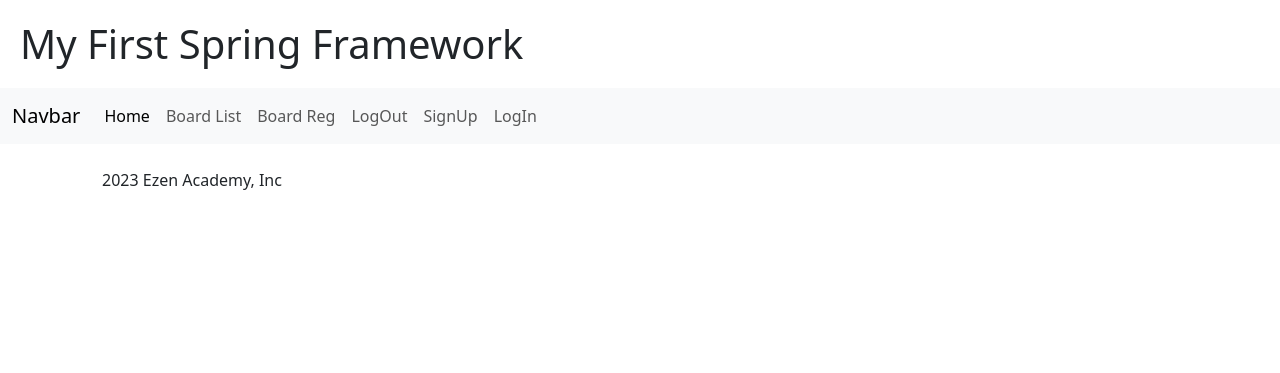
Repository: dhalfks/240115SpringProject
Page: http://localhost/spring_test2/WEB-INF/views/member/register.jsp
An editor plug-in stored every save of this project. The page is shown before and after the next save, followed by the edit.
The browser window is 1280 px wide. The pictures show the whole page.
The page is served by Tomcat 9. Nobody is signed in. Other server files are loaded and not shown. The template is opened directly, without the code that normally fills it, so the values that code supplies are empty.

Above is the page before, as saved 2024-01-12 05:46:08.

### spring_test2/src/main/webapp/WEB-INF/views/member/register.jsp
<%@ page language="java" contentType="text/html; charset=UTF-8"
    pageEncoding="UTF-8"%>
<%@ taglib prefix="c" uri="http://java.sun.com/jsp/jstl/core" %>

<jsp:include page="../layout/header.jsp" />
<jsp:include page="../layout/nav.jsp" />

	<!-- email, pwd, nick_name -->
<div class="container my-3">
</div>
<jsp:include page="../layout/footer.jsp" />

### spring_test2/src/main/webapp/WEB-INF/views/layout/header.jsp
<%@ page language="java" contentType="text/html; charset=UTF-8"
    pageEncoding="UTF-8"%>
    <%@ taglib uri="http://java.sun.com/jsp/jstl/core" prefix="c"%>
<!DOCTYPE html>
<html>
<head>
<meta charset="UTF-8">
<title>Insert title here</title>
<link href="https://cdn.jsdelivr.net/npm/bootstrap@5.3.1/dist/css/bootstrap.min.css" rel="stylesheet" integrity="sha384-4bw+/aepP/YC94hEpVNVgiZdgIC5+VKNBQNGCHeKRQN+PtmoHDEXuppvnDJzQIu9" crossorigin="anonymous">
<script src="https://cdn.jsdelivr.net/npm/bootstrap@5.3.1/dist/js/bootstrap.bundle.min.js" integrity="sha384-HwwvtgBNo3bZJJLYd8oVXjrBZt8cqVSpeBNS5n7C8IVInixGAoxmnlMuBnhbgrkm" crossorigin="anonymous"></script>
<style type="text/css">
h1, p, h3, form{
margin: 20px;
}
</style>
</head>

<body>
<h1>My First Spring Framework</h1>

### spring_test2/src/main/webapp/WEB-INF/views/layout/nav.jsp
<%@ page language="java" contentType="text/html; charset=UTF-8"
    pageEncoding="UTF-8"%>
<%@ taglib uri="http://java.sun.com/jsp/jstl/core" prefix="c"%>

<header>
	<nav class="navbar navbar-expand-lg bg-body-tertiary">
  <div class="container-fluid">
    <a class="navbar-brand" href="/">Navbar</a>
    <button class="navbar-toggler" type="button" data-bs-toggle="collapse" data-bs-target="#navbarSupportedContent" aria-controls="navbarSupportedContent" aria-expanded="false" aria-label="Toggle navigation">
      <span class="navbar-toggler-icon"></span>
    </button>
    <div class="collapse navbar-collapse" id="navbarSupportedContent">
      <ul class="navbar-nav me-auto mb-2 mb-lg-0">
        <li class="nav-item">
          <a class="nav-link active" aria-current="page" href="/">Home</a>
        </li>
        <li class="nav-item">
          <a class="nav-link" href="/board/list">Board List</a>
        </li>

		<li class="nav-item">
		    <a class="nav-link" href="/board/register">Board Reg</a>
		</li>

        <li class="nav-item">
	        <a class="nav-link" href="">LogOut</a>
        </li>
        <li class="nav-item">
          <a class="nav-link" href="/member/register">SignUp</a>
        </li>
        <li class="nav-item">
          <a class="nav-link" href="">LogIn</a>
        </li>

      </ul>

    </div>
  </div>
</nav>
</header>

### spring_test2/src/main/webapp/WEB-INF/views/layout/footer.jsp
<%@ page language="java" contentType="text/html; charset=UTF-8"
    pageEncoding="UTF-8"%>
    <%@ taglib uri="http://java.sun.com/jsp/jstl/core" prefix="c"%>

<div class="container my-4">
	<p>2023 Ezen Academy, Inc</p>
</div>
</body>
</html>

After the next save:
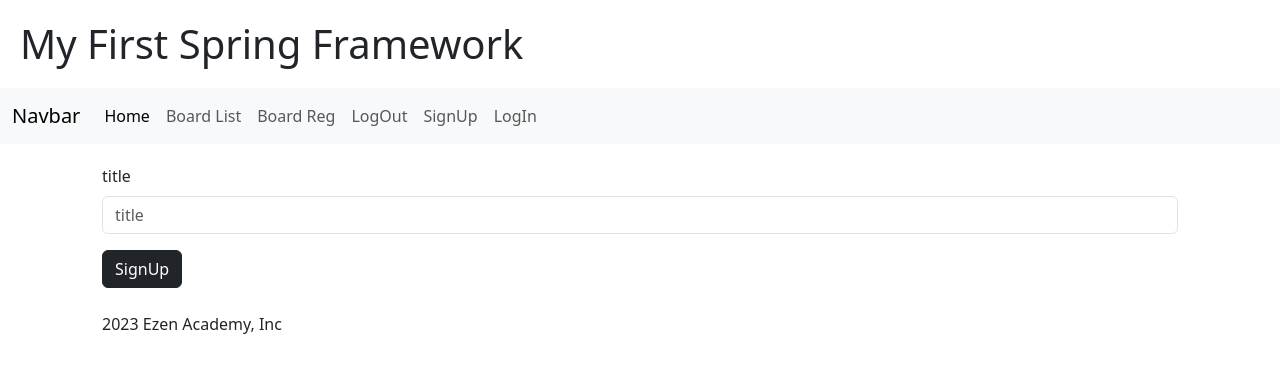
Saved 40 s later.
--- a/spring_test2/src/main/webapp/WEB-INF/views/member/register.jsp
+++ b/spring_test2/src/main/webapp/WEB-INF/views/member/register.jsp
@@ -7,5 +7,12 @@
 
 	<!-- email, pwd, nick_name -->
 <div class="container my-3">
+<form action="/board/register" method="post" enctype="multipart/form-data">
+	<div class="mb-3">
+	  <label for="t" class="form-label">title</label>
+	  <input type="text" class="form-control" name="title" id="t" placeholder="title">
+	</div>
+	<button type="submit" class="btn btn-dark" id="regBtn">SignUp</button>
+</form>
 </div>
 <jsp:include page="../layout/footer.jsp" />
